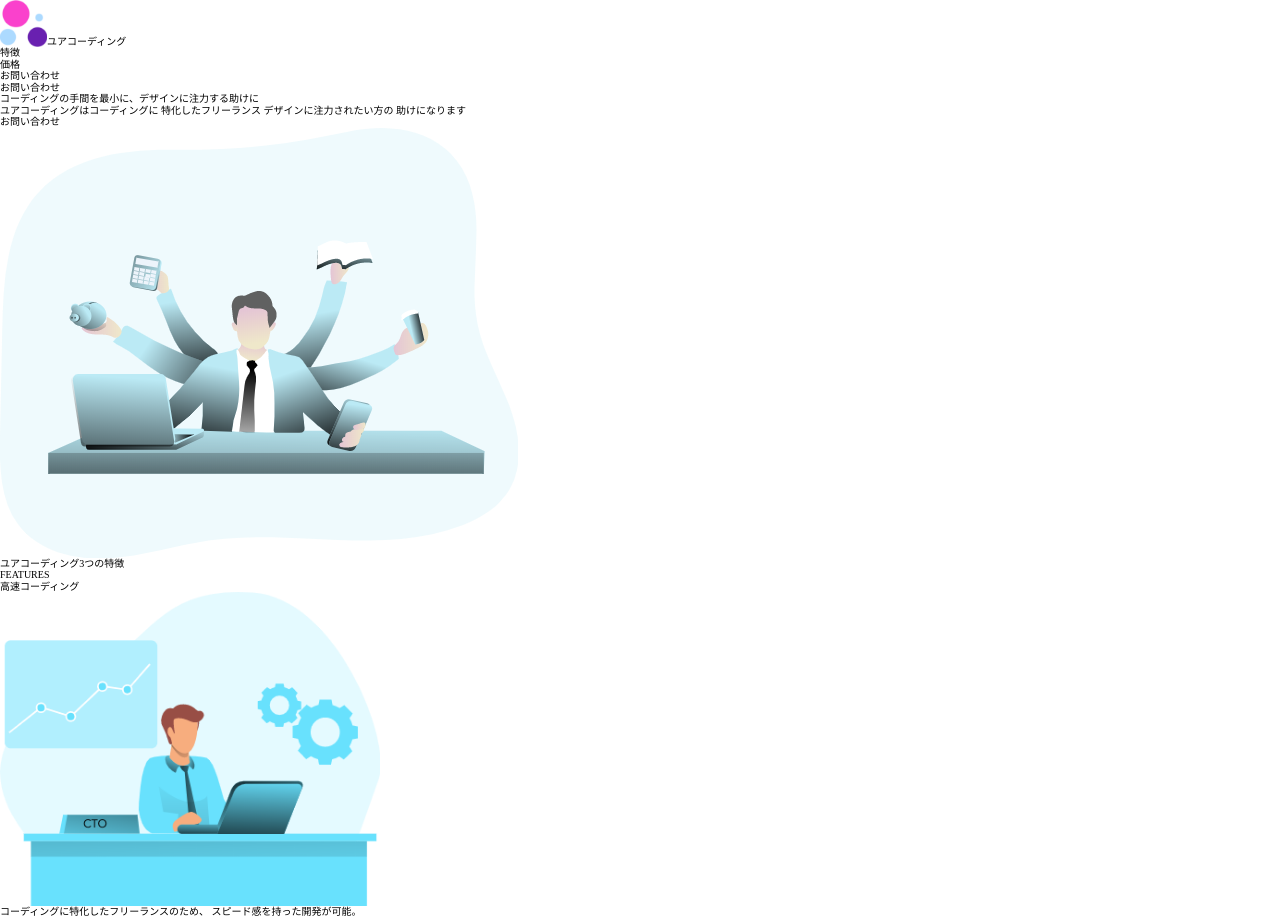
Repository: mosak0217/your-coding
Page: index.html
The author's editor kept a copy of each file at every save. The page is drawn from the files as they stood at one save, then again after the next save.
The browser window is 1280 px wide. The pictures show the whole page.
The style sheet was rebuilt from its Sass, Less or Tailwind sources for each picture, by a compiler version that may differ from the author's.

Above is the page before, as saved 2022-07-26 20:44:56.

### index.html
<!DOCTYPE html>
<html lang="ja">
<head>
  <meta charset="UTF-8">
  <meta http-equiv="X-UA-Compatible" content="IE=edge">
  <meta name="viewport" content="width=device-width, initial-scale=1.0">
  <link rel="stylesheet" href="sass/reset.css">
  <link rel="stylesheet" href="sass/styles.css">
  <link rel="icon" href="img/header-logo.png">
  <title>Your-Coding</title>
</head>
<header id="header" class="header">
  <div class="wrapper">
    <h1 class="header-logo"><a href="#"><img src="img/header-logo.png" alt="ヘッダーロゴ画像">ユアコーディング</a></h1>
    <nav class="header-nav">
      <ul class="header-menu">
        <li><a href="#features">特徴</a></li>
        <li><a href="#price">価格</a></li>
        <li><a href="#contact">お問い合わせ</a></li>
      </ul><!--header-menu-->
    </nav><!--nav-->
    <a class="btn" href="#contact">お問い合わせ</a>
  </div><!--wrapper-->
</header><!--header-->

<section id="mv" class="mv">
  <div class="wrapper">
    <div class="mv-left">
      <h2 class="sec-title">コーディングの手間を最小に、デザインに注力する助けに</h2>
      <p>ユアコーディングはコーディングに
        特化したフリーランス
        デザインに注力されたい方の
        助けになります</p>
    <a class="btn" href="#contact">お問い合わせ</a>
  </div><!--mv-left-->
  <div class="mv-right">
    <img src="img/manager.png" alt="メインビュー画像">
  </div><!--mv-right-->
  </div><!--wrapper-->
</section><!--mv-->

<section id="features" class="features">
  <div class="wrapper">
    <h2 class="sec-title">ユアコーディング3つの特徴</h2>
    <p class="sec-title-en">FEATURES</p>

    <div class="features-inner">
      <h2 class="features-cont-title">高速コーディング</h2>

      <div class="features-cont">
        <img class="features-img" src="img/cto.png" alt="高速コーディング画像">
        <div class="features-txtarea">
          <h3 class="features-txtarea-concept">コーディングに特化したフリーランスのため、
            スピード感を持った開発が可能。</h3>
            <p></p>
        </div>

      </div><!--features-cont-->

    </div><!--features-inner-->






  </div><!--wrapper-->
</section><!--features-->









<body>















</body>
</html>

### sass/reset.css
@charset "UTF-8";

*,
::before,
::after {
  box-sizing: border-box;
  border-style: solid;
  border-width: 0;
}

/* Document */
/* ============================================ */

/**
 * 1. Correct the line height in all browsers.
 * 2. Prevent adjustments of font size after orientation changes in iOS.
 * 3. Remove gray overlay on links for iOS.
 */

html {
  line-height: 1.15; /* 1 */
  -webkit-text-size-adjust: 100%; /* 2 */
  -webkit-tap-highlight-color: transparent; /* 3*/
}

/* Sections */
/* ============================================ */

/**
 * Remove the margin in all browsers.
 */

body {
  margin: 0;
}

/**
 * Render the `main` element consistently in IE.
 */

main {
  display: block;
}

/* Vertical rhythm */
/* ============================================ */

p,
table,
blockquote,
address,
pre,
iframe,
form,
figure,
dl {
  margin: 0;
}

/* Headings */
/* ============================================ */

h1,
h2,
h3,
h4,
h5,
h6 {
  font-size: inherit;
  font-weight: inherit;
  margin: 0;
}

/* Lists (enumeration) */
/* ============================================ */

ul,
ol {
  margin: 0;
  padding: 0;
  list-style: none;
}

/* Lists (definition) */
/* ============================================ */

dt {
  font-weight: bold;
}

dd {
  margin-left: 0;
}

/* Grouping content */
/* ============================================ */

/**
 * 1. Add the correct box sizing in Firefox.
 * 2. Show the overflow in Edge and IE.
 */

hr {
  box-sizing: content-box; /* 1 */
  height: 0; /* 1 */
  overflow: visible; /* 2 */
  border-top-width: 1px;
  margin: 0;
  clear: both;
  color: inherit;
}

/**
 * 1. Correct the inheritance and scaling of font size in all browsers.
 * 2. Correct the odd `em` font sizing in all browsers.
 */

pre {
  font-family: monospace, monospace; /* 1 */
  font-size: inherit; /* 2 */
}

address {
  font-style: inherit;
}

/* Text-level semantics */
/* ============================================ */

/**
 * Remove the gray background on active links in IE 10.
 */

a {
  background-color: transparent;
  text-decoration: none;
  color: inherit;
}

/**
 * 1. Remove the bottom border in Chrome 57-
 * 2. Add the correct text decoration in Chrome, Edge, IE, Opera, and Safari.
 */

abbr[title] {
  text-decoration: underline dotted; /* 2 */
}

/**
 * Add the correct font weight in Chrome, Edge, and Safari.
 */

b,
strong {
  font-weight: bolder;
}

/**
 * 1. Correct the inheritance and scaling of font size in all browsers.
 * 2. Correct the odd `em` font sizing in all browsers.
 */

code,
kbd,
samp {
  font-family: monospace, monospace; /* 1 */
  font-size: inherit; /* 2 */
}

/**
 * Add the correct font size in all browsers.
 */

small {
  font-size: 80%;
}

/**
 * Prevent `sub` and `sup` elements from affecting the line height in
 * all browsers.
 */

sub,
sup {
  font-size: 75%;
  line-height: 0;
  position: relative;
  vertical-align: baseline;
}

sub {
  bottom: -0.25em;
}

sup {
  top: -0.5em;
}

/* Replaced content */
/* ============================================ */

/**
 * Prevent vertical alignment issues.
 */

svg,
img,
embed,
object,
iframe {
  vertical-align: bottom;
}

/* Forms */
/* ============================================ */

/**
 * Reset form fields to make them styleable.
 * 1. Make form elements stylable across systems iOS especially.
 * 2. Inherit text-transform from parent.
 */

button,
input,
optgroup,
select,
textarea {
  -webkit-appearance: none; /* 1 */
  appearance: none;
  vertical-align: middle;
  color: inherit;
  font: inherit;
  background: transparent;
  padding: 0;
  margin: 0;
  border-radius: 0;
  text-align: inherit;
  text-transform: inherit; /* 2 */
}

/**
 * Reset radio and checkbox appearance to preserve their look in iOS.
 */

[type="checkbox"] {
  -webkit-appearance: checkbox;
  appearance: checkbox;
}

[type="radio"] {
  -webkit-appearance: radio;
  appearance: radio;
}

/**
 * Correct cursors for clickable elements.
 */

button,
[type="button"],
[type="reset"],
[type="submit"] {
  cursor: pointer;
}

button:disabled,
[type="button"]:disabled,
[type="reset"]:disabled,
[type="submit"]:disabled {
  cursor: default;
}

/**
 * Improve outlines for Firefox and unify style with input elements & buttons.
 */

:-moz-focusring {
  outline: auto;
}

select:disabled {
  opacity: inherit;
}

/**
 * Remove padding
 */

option {
  padding: 0;
}

/**
 * Reset to invisible
 */

fieldset {
  margin: 0;
  padding: 0;
  min-width: 0;
}

legend {
  padding: 0;
}

/**
 * Add the correct vertical alignment in Chrome, Firefox, and Opera.
 */

progress {
  vertical-align: baseline;
}

/**
 * Remove the default vertical scrollbar in IE 10+.
 */

textarea {
  overflow: auto;
}

/**
 * Correct the cursor style of increment and decrement buttons in Chrome.
 */

[type="number"]::-webkit-inner-spin-button,
[type="number"]::-webkit-outer-spin-button {
  height: auto;
}

/**
 * 1. Correct the outline style in Safari.
 */

[type="search"] {
  outline-offset: -2px; /* 1 */
}

/**
 * Remove the inner padding in Chrome and Safari on macOS.
 */

[type="search"]::-webkit-search-decoration {
  -webkit-appearance: none;
}

/**
 * 1. Correct the inability to style clickable types in iOS and Safari.
 * 2. Fix font inheritance.
 */

::-webkit-file-upload-button {
  -webkit-appearance: button; /* 1 */
  font: inherit; /* 2 */
}

/**
 * Clickable labels
 */

label[for] {
  cursor: pointer;
}

/* Interactive */
/* ============================================ */

/*
 * Add the correct display in Edge, IE 10+, and Firefox.
 */

details {
  display: block;
}

/*
 * Add the correct display in all browsers.
 */

summary {
  display: list-item;
}

/*
 * Remove outline for editable content.
 */

[contenteditable]:focus {
  outline: auto;
}

/* Tables */
/* ============================================ */

/**
1. Correct table border color inheritance in all Chrome and Safari.
*/

table {
  border-color: inherit; /* 1 */
  border-collapse: collapse;
}

caption {
  text-align: left;
}

td,
th {
  vertical-align: top;
  padding: 0;
}

th {
  text-align: left;
  font-weight: bold;
}

### sass/styles.scss
@charset "UTF-8";

html {
  font-size: 62.5%;
}

.body {
  font-family: "Noto sans jp";
  font-size: 1.5rem;
}

After the next save:
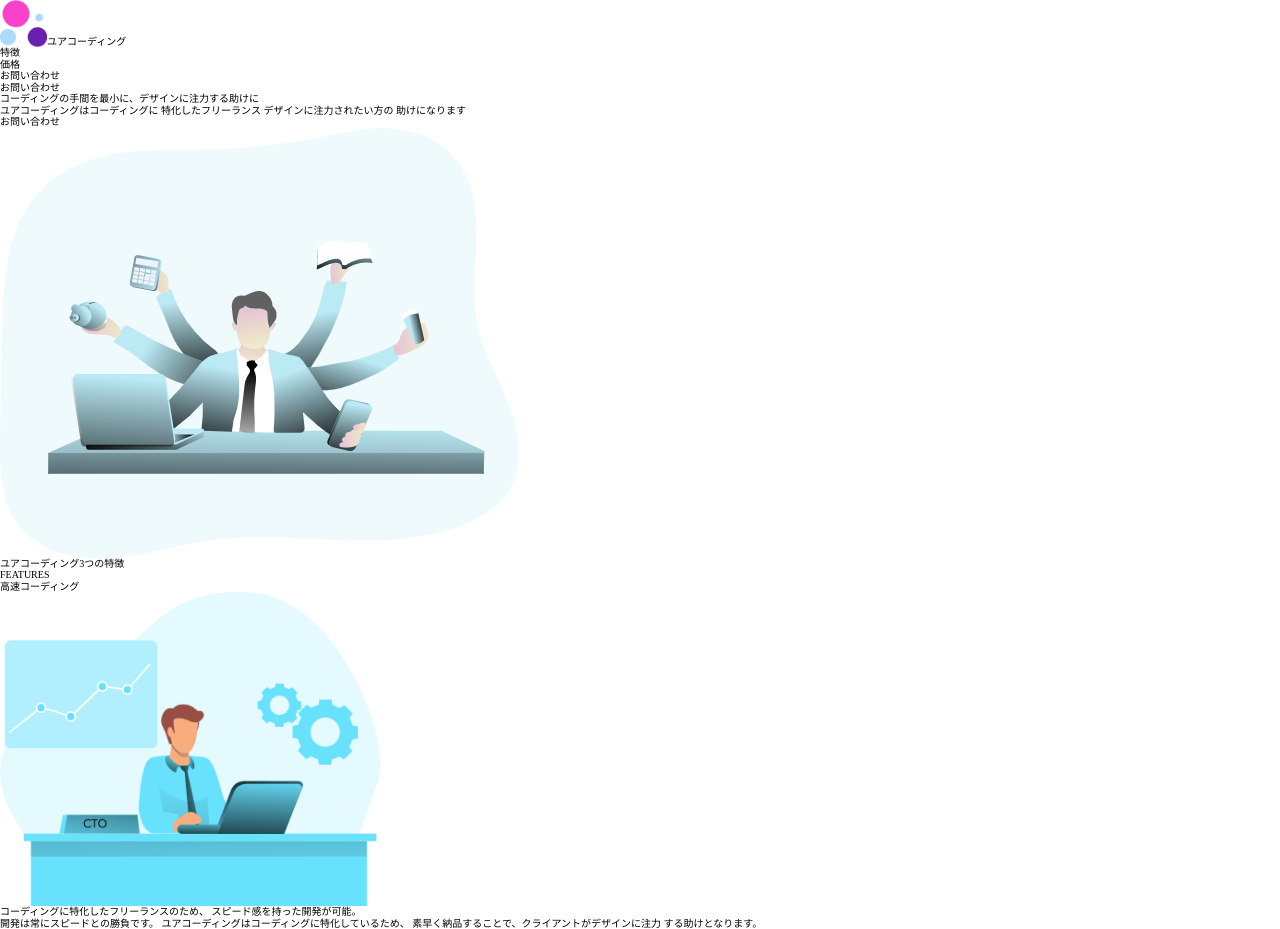
Saved 5 s later.
--- a/index.html
+++ b/index.html
@@ -52,7 +52,10 @@
         <div class="features-txtarea">
           <h3 class="features-txtarea-concept">コーディングに特化したフリーランスのため、
             スピード感を持った開発が可能。</h3>
-            <p></p>
+            <p>開発は常にスピードとの勝負です。
+              ユアコーディングはコーディングに特化しているため、
+              素早く納品することで、クライアントがデザインに注力
+              する助けとなります。</p>
         </div>
 
       </div><!--features-cont-->
